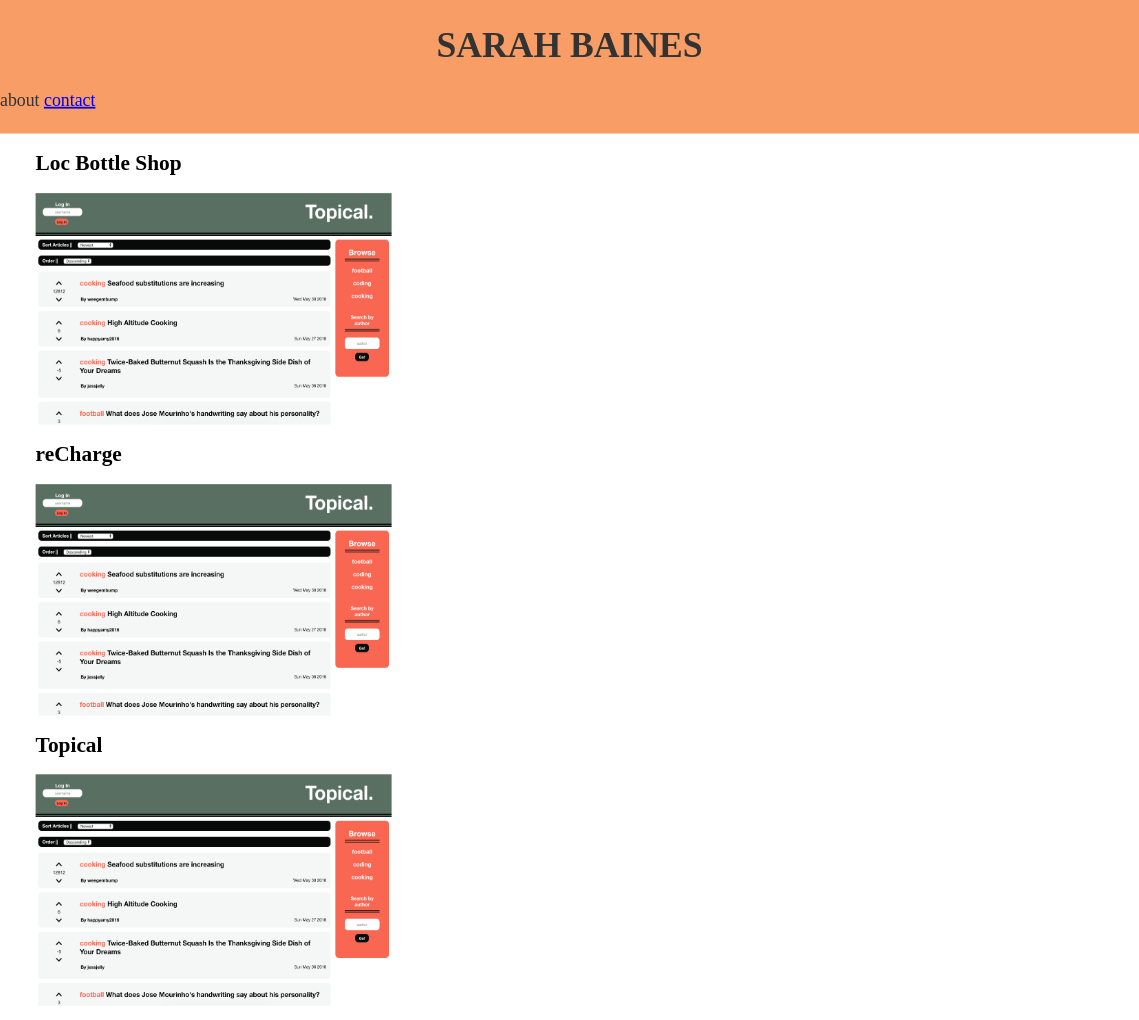
Repository: bainesface/bainesface.github.io
Page: index.html
The author's editor kept a copy of each file at every save. The page is drawn from the files as they stood at one save, then again after the next save.
The browser window is 1280 px wide. The pictures show the whole page, at 89% of full size.

Above is the page before, as saved 2020-04-27 14:38:50.

After the next save:
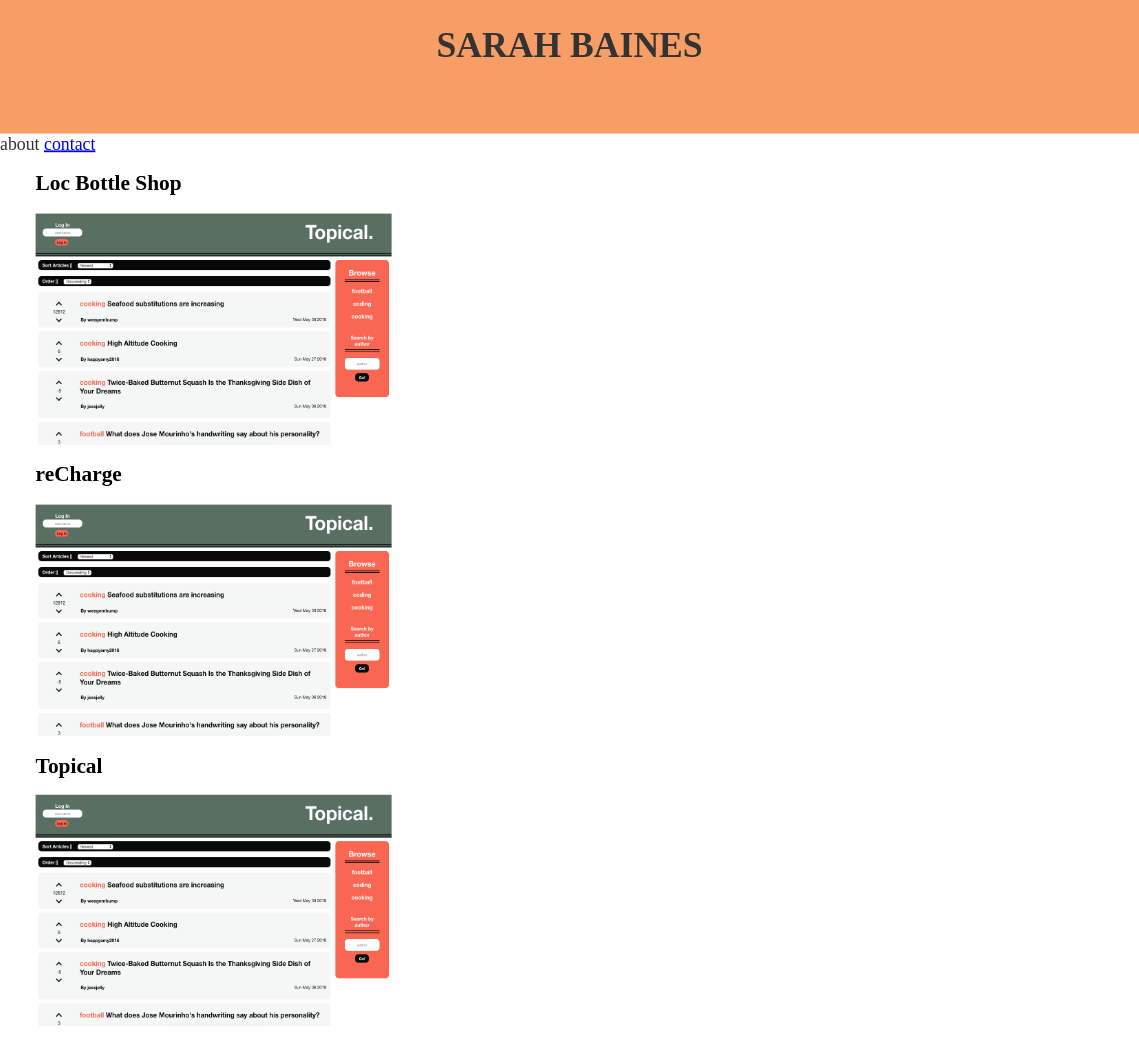
Saved 38 s later.
--- a/index.html
+++ b/index.html
@@ -14,12 +14,12 @@
         <center>SARAH BAINES</center>
       </h1>
     </a>
-    <nav class="menu">
+   </header> <nav class="menu">
       <a href="about.html" class="link">about</a>
       <!-- <a href="web.html">web</a>
       <a href="app.html">app</a> -->
       <a href="contact.html">contact</a>
-    </nav></header>
+    </nav>
     <section class='main'>
       <ul class='projects-list'>
         <li><h2>Loc Bottle Shop</h2>
